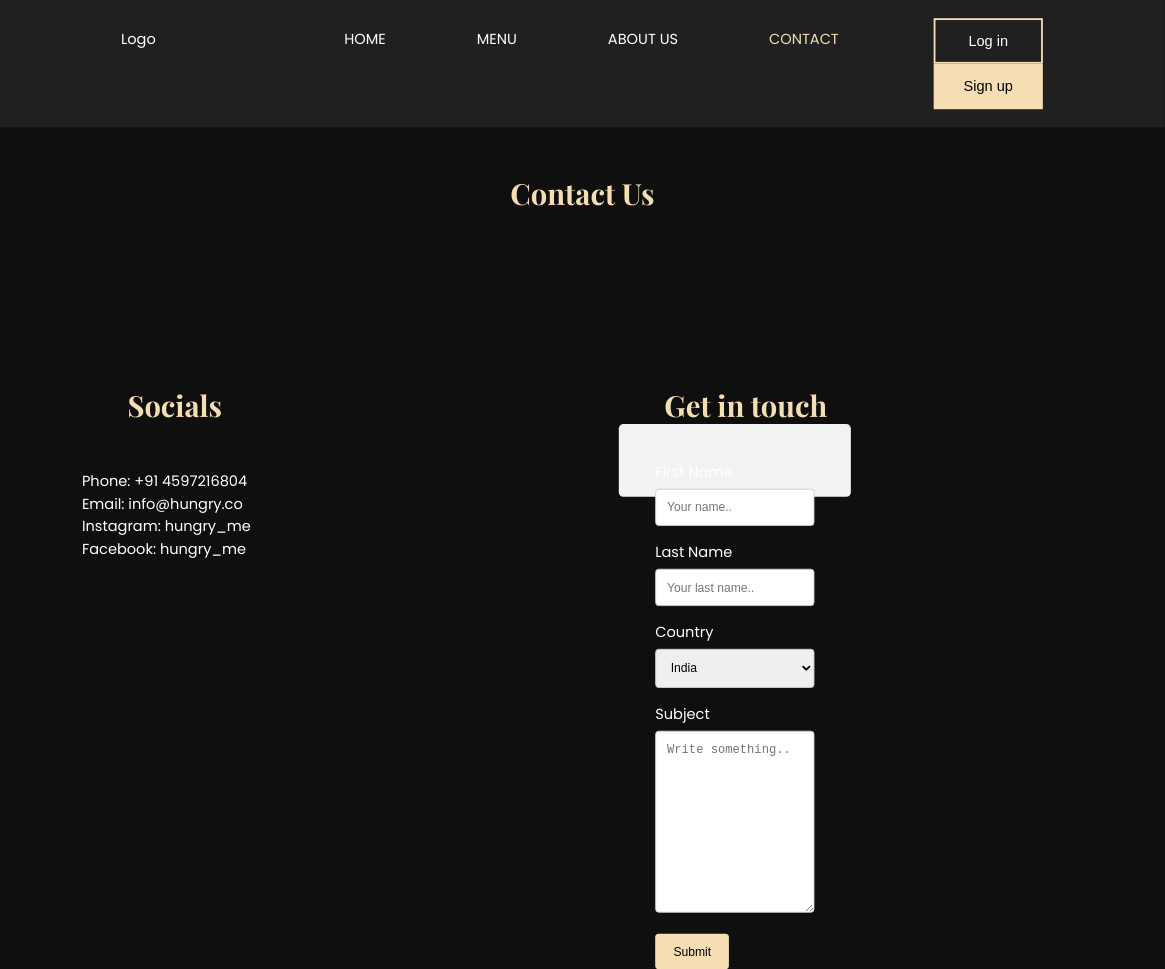
Repository: ThisIsSahaj/NSP
Page: contact.html
An editor plug-in stored every save of this project. The page is shown before and after the next save, followed by the edit.
The browser window is 1280 px wide. The pictures show the whole page, at 91% of full size.

Above is the page before, as saved 2023-12-26 22:58:19.

After the next save:
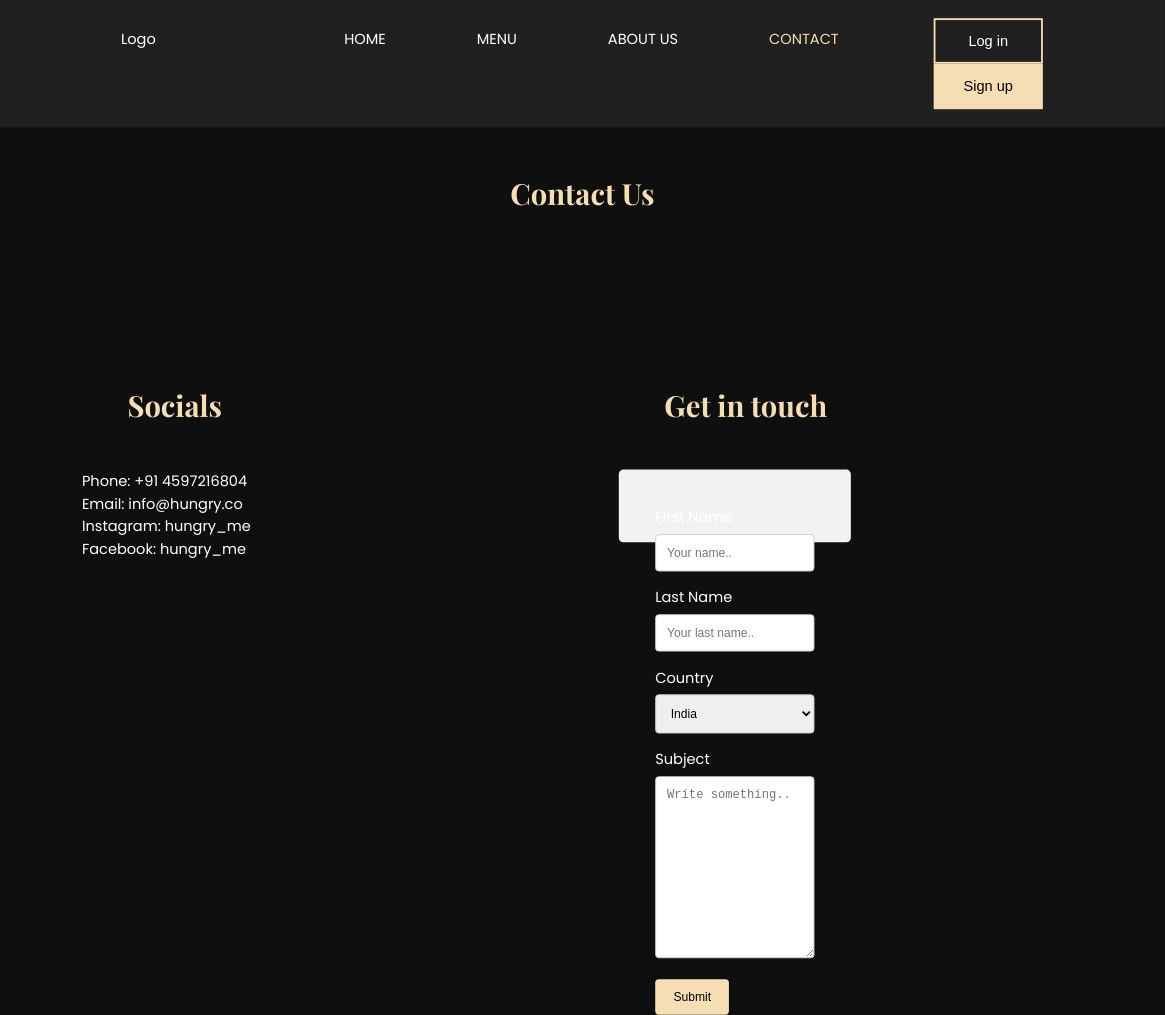
Saved 18 s later.
--- a/contact.html
+++ b/contact.html
@@ -45,7 +45,7 @@
 
        <div>
         <h1 style="color: wheat;">Get in touch</h1>
-        <div class="formContainer" style="margin-top: -50px;">
+        <div class="formContainer" ">
             <form >
 
               <label for="fname">First Name</label>
